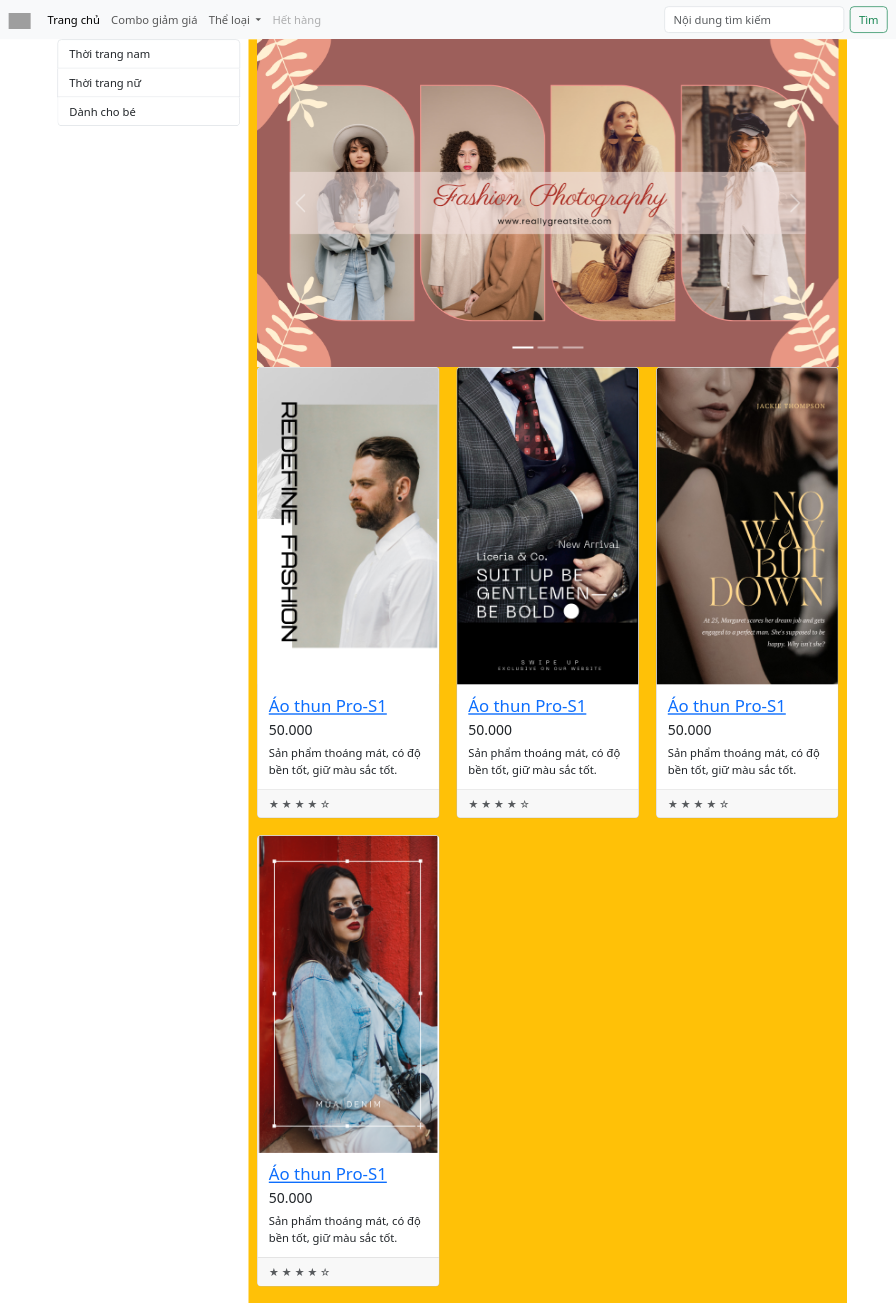
Repository: vnmk1/jsp_servlet-tutorials
Page: Bai4_Bootstrap/src/main/webapp/index.html
These files come from the project's save history. The page is drawn as it stood at one moment and after the next save; the edit follows.
The browser window is 1280 px wide. The pictures show the whole page, at 70% of full size.
Pictures or frames that could not be fetched are drawn as grey boxes.

Above is the page before, as saved 2023-07-17 09:36:11.

### Bai4_Bootstrap/src/main/webapp/index.html
<!DOCTYPE html>
<html>
<head>
<meta charset="UTF-8">
<title>Ví dụ Bootstrap</title>
<link href="https://cdn.jsdelivr.net/npm/bootstrap@5.3.0/dist/css/bootstrap.min.css" rel="stylesheet" integrity="sha384-9ndCyUaIbzAi2FUVXJi0CjmCapSmO7SnpJef0486qhLnuZ2cdeRhO02iuK6FUUVM" crossorigin="anonymous">
<script src="https://cdn.jsdelivr.net/npm/@popperjs/core@2.11.8/dist/umd/popper.min.js" integrity="sha384-I7E8VVD/ismYTF4hNIPjVp/Zjvgyol6VFvRkX/vR+Vc4jQkC+hVqc2pM8ODewa9r" crossorigin="anonymous"></script>
<script src="https://cdn.jsdelivr.net/npm/bootstrap@5.3.0/dist/js/bootstrap.min.js" integrity="sha384-fbbOQedDUMZZ5KreZpsbe1LCZPVmfTnH7ois6mU1QK+m14rQ1l2bGBq41eYeM/fS" crossorigin="anonymous"></script>
</head>
<body>
<!-- Navbar -->
	<nav class="navbar navbar-expand-lg bg-body-tertiary">
	  <div class="container-fluid">
	    <a class="navbar-brand" href="#">
	      <img src="https://titv.vn/wp-content/uploads/2022/08/Screenshot-2023-01-29-230321.png" alt="Bootstrap" height="24">
	    </a>
	    <button class="navbar-toggler" type="button" data-bs-toggle="collapse" data-bs-target="#navbarSupportedContent" aria-controls="navbarSupportedContent" aria-expanded="false" aria-label="Toggle navigation">
	      <span class="navbar-toggler-icon"></span>
	    </button>
	    <div class="collapse navbar-collapse" id="navbarSupportedContent">
	      <ul class="navbar-nav me-auto mb-2 mb-lg-0">
	        <li class="nav-item">
	          <a class="nav-link active" aria-current="page" href="#">Trang chủ</a>
	        </li>
	        <li class="nav-item">
	          <a class="nav-link" href="#">Combo giảm giá</a>
	        </li>
	        <li class="nav-item dropdown">
	          <a class="nav-link dropdown-toggle" href="#" role="button" data-bs-toggle="dropdown" aria-expanded="false">
	            Thể loại
	          </a>
	          <ul class="dropdown-menu">
	            <li><a class="dropdown-item" href="#">Quần Jean</a></li>
	            <li><a class="dropdown-item" href="#">Áo Thung</a></li>
	            <li><hr class="dropdown-divider"></li>
	            <li><a class="dropdown-item" href="#">Áo sơ mi</a></li>
	          </ul>
	        </li>
	        <li class="nav-item">
	          <a class="nav-link disabled">Hết hàng</a>
	        </li>
	      </ul>
	      <form class="d-flex" role="search">
	        <input class="form-control me-2" type="search" placeholder="Nội dung tìm kiếm" aria-label="Search">
	        <button class="btn btn-outline-success" type="submit">Tìm</button>
	      </form>
	    </div>
	  </div>
	</nav>
<!-- End -->

<!-- Page content -->
<div class="container ">
	<div class="row">
		<!-- Menu left-->
		<div class="col-lg-3">
			<div class="list-group">
			  <a href="#" class="list-group-item">
			    Thời trang nam
			  </a>
			  <a href="#" class="list-group-item list-group-item-action">Thời trang nữ</a>
			  <a href="#" class="list-group-item list-group-item-action">Dành cho bé</a>
			</div>
	    </div>
		<!-- End Menu left-->

		<!-- Slider and Products -->
	    <div class="col-lg-9 bg-warning">
			<!-- Slider -->
			<div id="carouselExampleIndicators" class="carousel slide">
			  <div class="carousel-indicators">
			    <button type="button" data-bs-target="#carouselExampleIndicators" data-bs-slide-to="0" class="active" aria-current="true" aria-label="Slide 1"></button>
			    <button type="button" data-bs-target="#carouselExampleIndicators" data-bs-slide-to="1" aria-label="Slide 2"></button>
			    <button type="button" data-bs-target="#carouselExampleIndicators" data-bs-slide-to="2" aria-label="Slide 3"></button>
			  </div>
			  <div class="carousel-inner">
			    <div class="carousel-item active">
			      <img src="img/slider/1.png" class="d-block w-100" alt="...">
			    </div>
			    <div class="carousel-item">
			      <img src="img/slider/2.png" class="d-block w-100" alt="...">
			    </div>
			    <div class="carousel-item">
			      <img src="img/slider/3.png" class="d-block w-100" alt="...">
			    </div>
			  </div>
			  <button class="carousel-control-prev" type="button" data-bs-target="#carouselExampleIndicators" data-bs-slide="prev">
			    <span class="carousel-control-prev-icon" aria-hidden="true"></span>
			    <span class="visually-hidden">Previous</span>
			  </button>
			  <button class="carousel-control-next" type="button" data-bs-target="#carouselExampleIndicators" data-bs-slide="next">
			    <span class="carousel-control-next-icon" aria-hidden="true"></span>
			    <span class="visually-hidden">Next</span>
			  </button>
			</div>
			<!-- End Slider -->


			<!-- Product -->
			<div class="row">
				<div class="col-lg-4 col-md-6 mb-4">
					<div class="card h-100">
						<a href="#"><img class="card-img-top"
							src="img/products/1.png" alt=""></a>
						<div class="card-body">
							<h4 class="card-title">
								<a href="#">Áo thun Pro-S1</a>
							</h4>
							<h5>50.000</h5>
							<p class="card-text">Sản phẩm thoáng mát, có độ bền tốt, giữ
								màu sắc tốt.</p>
						</div>
						<div class="card-footer">
							<small class="text-muted">&#9733; &#9733; &#9733;
								&#9733; &#9734;</small>
						</div>
					</div>
				</div>

				<div class="col-lg-4 col-md-6 mb-4">
					<div class="card h-100">
						<a href="#"><img class="card-img-top"
							src="img/products/2.png" alt=""></a>
						<div class="card-body">
							<h4 class="card-title">
								<a href="#">Áo thun Pro-S1</a>
							</h4>
							<h5>50.000</h5>
							<p class="card-text">Sản phẩm thoáng mát, có độ bền tốt, giữ
								màu sắc tốt.</p>
						</div>
						<div class="card-footer">
							<small class="text-muted">&#9733; &#9733; &#9733;
								&#9733; &#9734;</small>
						</div>
					</div>
				</div>

				<div class="col-lg-4 col-md-6 mb-4">
					<div class="card h-100">
						<a href="#"><img class="card-img-top"
							src="img/products/3.png" alt=""></a>
						<div class="card-body">
							<h4 class="card-title">
								<a href="#">Áo thun Pro-S1</a>
							</h4>
							<h5>50.000</h5>
							<p class="card-text">Sản phẩm thoáng mát, có độ bền tốt, giữ
								màu sắc tốt.</p>
						</div>
						<div class="card-footer">
							<small class="text-muted">&#9733; &#9733; &#9733;
								&#9733; &#9734;</small>
						</div>
					</div>
				</div>

				<div class="col-lg-4 col-md-6 mb-4">
					<div class="card h-100">
						<a href="#"><img class="card-img-top"
							src="img/products/4.png" alt=""></a>
						<div class="card-body">
							<h4 class="card-title">
								<a href="#">Áo thun Pro-S1</a>
							</h4>
							<h5>50.000</h5>
							<p class="card-text">Sản phẩm thoáng mát, có độ bền tốt, giữ
								màu sắc tốt.</p>
						</div>
						<div class="card-footer">
							<small class="text-muted">&#9733; &#9733; &#9733;
								&#9733; &#9734;</small>
						</div>
					</div>
				</div>
			</div>
			<!-- End Product -->
		</div>
		<!-- End Slider and Products -->
</div>

<!-- End -->
</body>
</html>

After the next save:
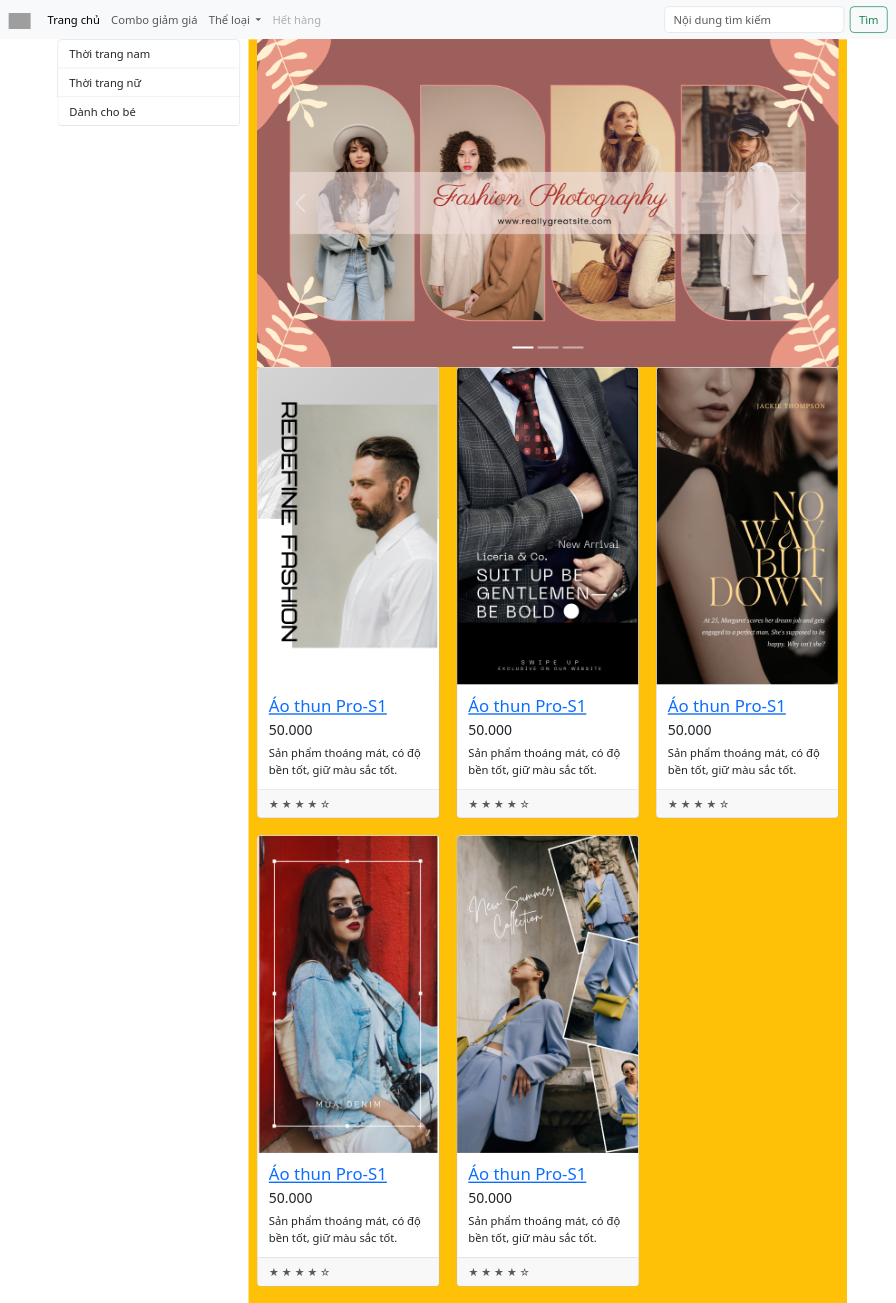
Saved 36 s later.
--- a/Bai4_Bootstrap/src/main/webapp/index.html
+++ b/Bai4_Bootstrap/src/main/webapp/index.html
@@ -173,6 +173,25 @@
 						</div>
 					</div>
 				</div>
+
+				<div class="col-lg-4 col-md-6 mb-4">
+					<div class="card h-100">
+						<a href="#"><img class="card-img-top"
+							src="img/products/5.png" alt=""></a>
+						<div class="card-body">
+							<h4 class="card-title">
+								<a href="#">Áo thun Pro-S1</a>
+							</h4>
+							<h5>50.000</h5>
+							<p class="card-text">Sản phẩm thoáng mát, có độ bền tốt, giữ
+								màu sắc tốt.</p>
+						</div>
+						<div class="card-footer">
+							<small class="text-muted">&#9733; &#9733; &#9733;
+								&#9733; &#9734;</small>
+						</div>
+					</div>
+				</div>
 			</div>
 			<!-- End Product -->
 		</div>
